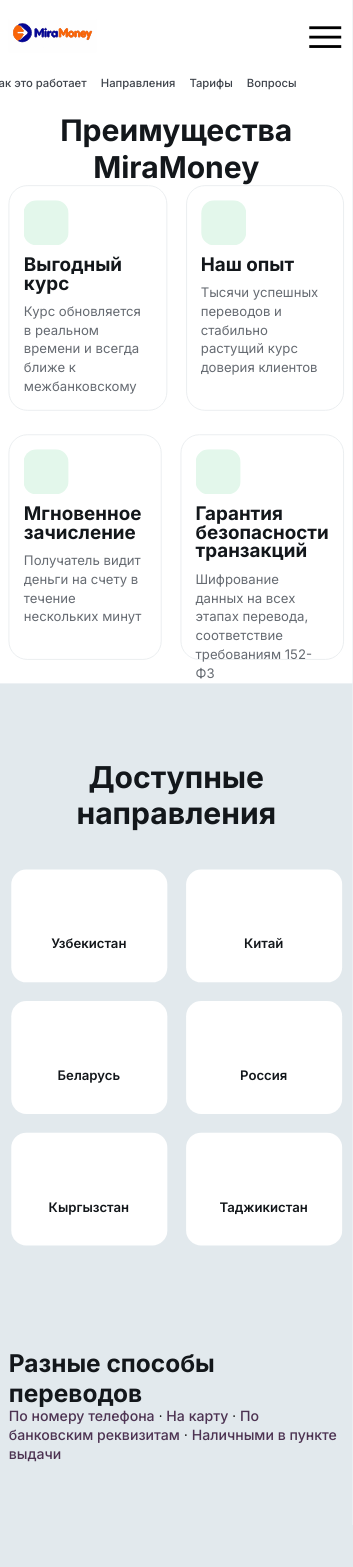
Repository: Shaiyr1/mira-money
Page: index.html
These files come from the project's save history. The page is drawn as it stood at one moment and after a run of saves; the edit follows.
The browser window is 375 px wide. The pictures show the whole page, at 94% of full size.
After loading, the first visible `div.header-menu` was clicked once.

Above is the page before, as saved 2026-10-26 16:40:28.

### index.html
<!DOCTYPE html>
<html lang="en">
<head>
    <meta charset="UTF-8">
    <meta http-equiv="X-UA-Compatible" content="IE=edge">
    <meta name="viewport" content="width=device-width, initial-scale=1.0">
    <link rel="stylesheet" href="/src/css/style.css">
    <title>Document</title>
</head>
<body>
    <header class="header">
        <nav class="header-nav">
            <a class="header-nav__link" href="">
                <img class="header-nav__link-logo" src="./src/img/logo.svg" alt="logo">
            </a>
            <ul class="header-nav__ul">
                <li class="header-nav__li">
                    <a class="header-nav__li-link" href="#how">Как это работает</a>
                </li>
                <li class="header-nav__li">
                    <a class="header-nav__li-link" href="#direction">Направления</a>
                </li>
                <li class="header-nav__li">
                    <a class="header-nav__li-link" href="#tarifs">Тарифы</a>
                </li>
                <li class="header-nav__li">
                    <a class="header-nav__li-link" href="#quastion">Вопросы</a>
                </li>
            </ul>
            <div class="header-nav__sign">
                <a class="header-nav__sign-link" href="">Войти</a>
                <button class="header-nav__sign-btn">Начать перевод</button>
            </div>
            <div class="header-menu">
                <span></span>
                <span></span>
                <span></span>
            </div>
        </nav>
    </header>
    <main class="main">
        <section class="home">
            <div class="container">

            </div>
        </section>
        <section class="advantages" id="how">
            <div class="container">
                <h2 class="advantages__title">
                    Преимущества MiraMoney
                </h2>
                <div class="advantages-blocks">
                    <div class="advantages-block">
                        <img class="advantages-block__icon" src="./src/img/icon.svg" alt="icon">
                        <h5 class="advantages-block__title">Выгодный курс</h5>
                        <p class="advantages-block__subtitle">Курс обновляется в реальном времени и всегда ближе к межбанковскому</p>
                    </div>
                    <div class="advantages-block">
                        <img class="advantages-block__icon" src="./src/img/icon.svg" alt="icon">
                        <h5 class="advantages-block__title">Наш опыт</h5>
                        <p class="advantages-block__subtitle">Тысячи успешных переводов и стабильно растущий курс доверия клиентов</p>
                    </div>
                </div>
                <div class="advantages-blocks">
                    <div class="advantages-block">
                        <img class="advantages-block__icon" src="./src/img/icon.svg" alt="icon">
                        <h5 class="advantages-block__title">Мгновенное зачисление</h5>
                        <p class="advantages-block__subtitle">Получатель видит деньги на счету в течение нескольких минут</p>
                    </div>
                    <div class="advantages-block">
                        <img class="advantages-block__icon" src="./src/img/icon.svg" alt="icon">
                        <h5 class="advantages-block__title">Гарантия безопасности транзакций</h5>
                        <p class="advantages-block__subtitle">Шифрование данных на всех этапах перевода, соответствие требованиям 152-ФЗ</p>
                    </div>
                </div>
            </div>
        </section>
        <section class="description" id="direction">
            <div class="container">
                <h2 class="description__title">Доступные направления</h2>
                <div class="description-items">
                    <div class="description-item">
                        <p class="description-item__country">Узбекистан</p>
                    </div>
                    <div class="description-item">
                        <p class="description-item__country">Китай</p>
                    </div>
                    <div class="description-item">
                        <p class="description-item__country">Беларусь</p>
                    </div>
                    <div class="description-item">
                        <p class="description-item__country">Россия</p>
                    </div>
                    <div class="description-item">
                        <p class="description-item__country">Кыргызстан</p>
                    </div>
                    <div class="description-item">
                        <p class="description-item__country">Таджикистан</p>
                    </div>
                </div>
                <div class="description__ways">
                    <h3 class="description__ways-title">Разные способы переводов</h3>
                    <p class="description__ways-subtitle"><a href=""> По номеру телефона</a>  ·  <a href="">На карту</a>  ·
                        <a href="">По банковским реквизитам </a>  ·  <a href="">Наличными в пункте выдачи</a> </p>
                </div>
            </div>
        </section>
    </main>
    <footer class="footer">
        <div class="container">

        </div>
    </footer>

    <script>
        const menu = document.querySelector(".header-nav__ul");
        const burger = document.querySelector(".header-menu");

        burger.addEventListener("click", () => {
            menu.classList.toggle("active");
        });
    </script>
</body>
</html>

### src/css/style.css
@import url('https://fonts.googleapis.com/css2?family=Inter:ital,opsz,wght@0,14..32,100..900;1,14..32,100..900&display=swap');

* {
    margin: 0;
    padding: 0;
    box-sizing: border-box;
}
html {
    scroll-behavior: smooth;
}
.container {
    width: 1280px;
    margin: 0 auto;
}

.header {}

.header-nav {
    width: 95%;
    height: 84px;
    margin: 0 auto;
    display: flex;
    align-items: center;
}

.header-nav__link {}

.header-nav__link-logo {}

.header-nav__ul {
    margin-left: 120px;
    display: flex;
    align-items: center;
    gap: 32px;
}

.header-nav__li {
    list-style-type: none;
}

.header-nav__li-link {
    text-decoration: none;
    color: #3f444c;
    font-size: 14px;
    font-family: Inter;
    font-weight: 500;
    transition: 0.4s;
}

.header-nav__li-link:hover {
    color: #0c8c47;
    transition: 0.4s;
    font-size: 14.5px;
}

.header-nav__sign {
    margin-left: auto;
    display: flex;
    align-items: center;
    gap: 12px;
}

.header-nav__sign-link {
    text-decoration: none;
    color: #3f454c;
    font-size: 14px;
    font-family: Inter;
    font-weight: 600;
    transition: 0.4s;
}

.header-nav__sign-link:hover {
    color: #0c8c47;
    transition: 0.4s;
    font-size: 14.5px;

}

.header-nav__sign-btn {
    background-color: #0c8c47;
    width: 180px;
    height: 44px;
    border-radius: 8px;
    color: #ffffff;
    font-size: 14px;
    font-family: Inter;
    font-weight: 600;
    border: none;
    cursor: pointer;
    transition: 0.4s;
}

.header-nav__sign-btn:hover {
    background-color: rgb(0, 96, 0);
    transition: 0.4s;
}



.advantages {
    padding-top: 40px;
}

.advantages__title {
    color: #13171b;
    text-align: center;
    font-size: 32px;
    font-family: Inter;
    font-weight: 700;
}

.advantages-blocks {
    width: 100%;
    display: flex;
    align-items: center;
    gap: 24px;
    margin-bottom: 40px;
}

.advantages-block {
    width: 50%;
    border: 1px solid #eaedef;
    border-radius: 20px;
    padding: 28px;
    display: flex;
    flex-direction: column;
    align-items: flex-start;
    gap: 10px;
}

.advantages-block__icon {}

.advantages-block__title {
    color: #13171b;
    font-size: 20px;
    font-family: Inter;
    font-weight: 700;

}

.advantages-block__subtitle {
    width: 400px;
    color: #666b72;
    text-align: left;
    font-size: 14px;
    font-family: Inter;
    line-height: 20px;
}




.description {
    padding: 80px 0;
    background-color: rgb(226, 233, 237);
}

.description__title {
    color: #13171b;
    text-align: center;
    font-size: 32px;
    font-family: Inter;
    font-weight: 700;
}

.description-items {
    margin-top: 40px;
    display: flex;
    justify-content: center;
    align-items: center;
    gap: 20px;
}

.description-item {
    background-color: #ffffff;
    width: 166px;
    height: 160px;
    border-radius: 16px;
}

.description-item__country {
    margin-top: 100px;
    color: #13171b;
    text-align: center;
    vertical-align: text-top;
    font-size: 14px;
    font-family: Inter;
    font-weight: 600;
}

.description__ways {
    margin-top: 80px;
    padding: 30px 0;
}

.description__ways-title {
    color: #13171b;
    text-align: left;
    font-size: 26px;
    font-family: Inter;
    font-weight: 700;
}

.description__ways-subtitle {
    width: 548px;
    font-size: 15px;

}

.description__ways-subtitle a {
    color: #4d3352;
    text-align: left;
    font-size: 15px;
    font-family: Inter;
    font-weight: 500;
    text-decoration: none;
    line-height: 20px;
}



@media (max-width: 1024px) {
    .container {
        width: 95%;
    }

    .advantages-blocks {
        gap: 20px;
        margin-bottom: 25px;

    }
}

@media(max-width: 768px) {
    .header-nav {
        margin: 0 auto;
    }

    .header-nav__ul {
        margin-left: 20px;
        gap: 15px;
    }

    .header-nav__li-link {
        white-space: nowrap;
        font-size: 12px;
    }

    .advantages-block__subtitle {
        width: 100%;
    }

    .advantages-block__title {
        line-height: 20px;
    }

    .advantages-block {
        padding: 15px;
        height: 200px;
    }

    .description-item {
        background-color: #ffffff;
        width: 166px;
        height: 120px;
        border-radius: 16px;
    }

    .description-item__country {
        margin-top: 70px;
    }



}

@media(max-width: 480px) {
    .header-nav {
        height: 79px;
        position: relative;
    }
    .header-nav__ul {
        display: none;
    }
    .header-nav__sign {
        display: none;
    }
    .header-menu {
        width: 40px;
        margin-left: auto;
        display: flex;
        flex-direction: column;
        justify-content: center;
        align-items: center;
        gap: 7px;
    }
    .header-menu span {
        width: 34px;
        height: 3px;
        background-color: black;
        display: block;
    }
    .active {
        padding: 0 50px 30px 30px;
        position: absolute;
        top: 79px;
        right: 0;
        background-color: white;
        display: flex;

    }
    h2 {
        font-size: 24px;
    }
    .advantages-block {
        padding: 15px;
        height: 240px;
    }
    .description-items {
        flex-wrap: wrap;
    }
    .description__ways-subtitle {
        width: auto;
    }
}

After the next 3 saves:
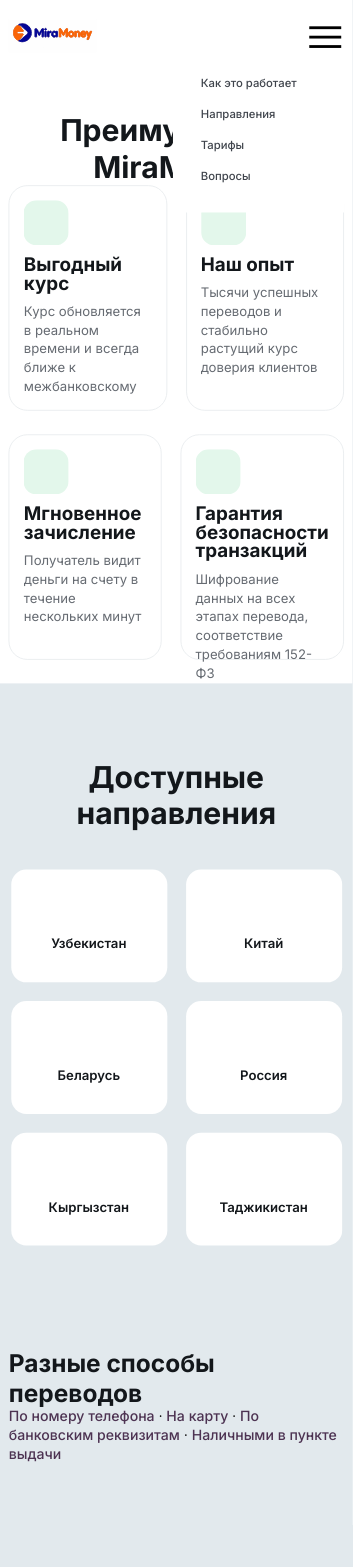
The 3 saves are shown as one change because they came seconds apart.
The last was saved 10 s later.
--- a/src/css/style.css
+++ b/src/css/style.css
@@ -307,7 +307,8 @@
         right: 0;
         background-color: white;
         display: flex;
-
+        flex-direction: column;
+        align-items: flex-start;
     }
     h2 {
         font-size: 24px;
